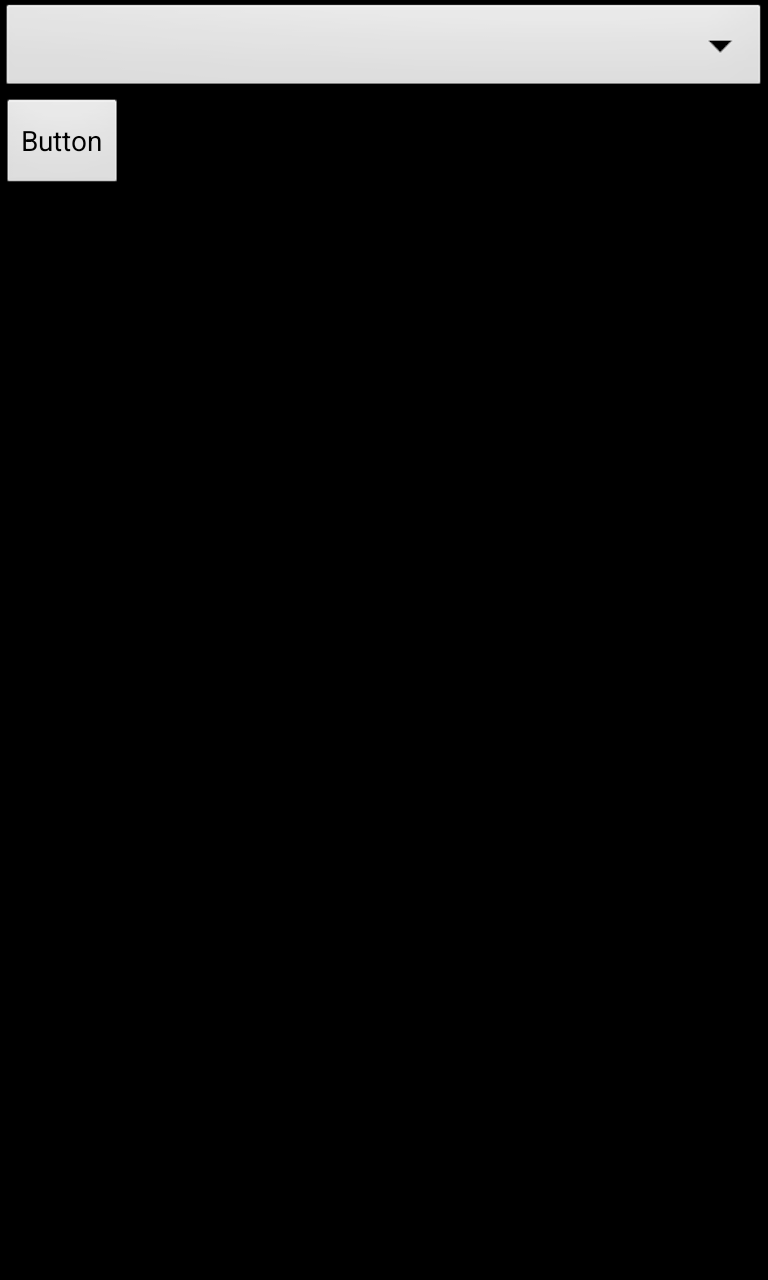
Repository: nuces-acm/DevFest-12-Team-9
Layout: data/Eclipse Workspace of android/Devfest/DCSClientApp/res/layout/submitatest.xml
The author's editor kept a copy of each file at every save. The layout is drawn from the files as they stood at one save, then again after the next save.
It is drawn on a 768 x 1280 px phone screen (xhdpi) without system bars, with theme android:Theme; the app's code is not run.

Above is the layout before, as saved 2012-03-31 23:31:57.

After the next save:
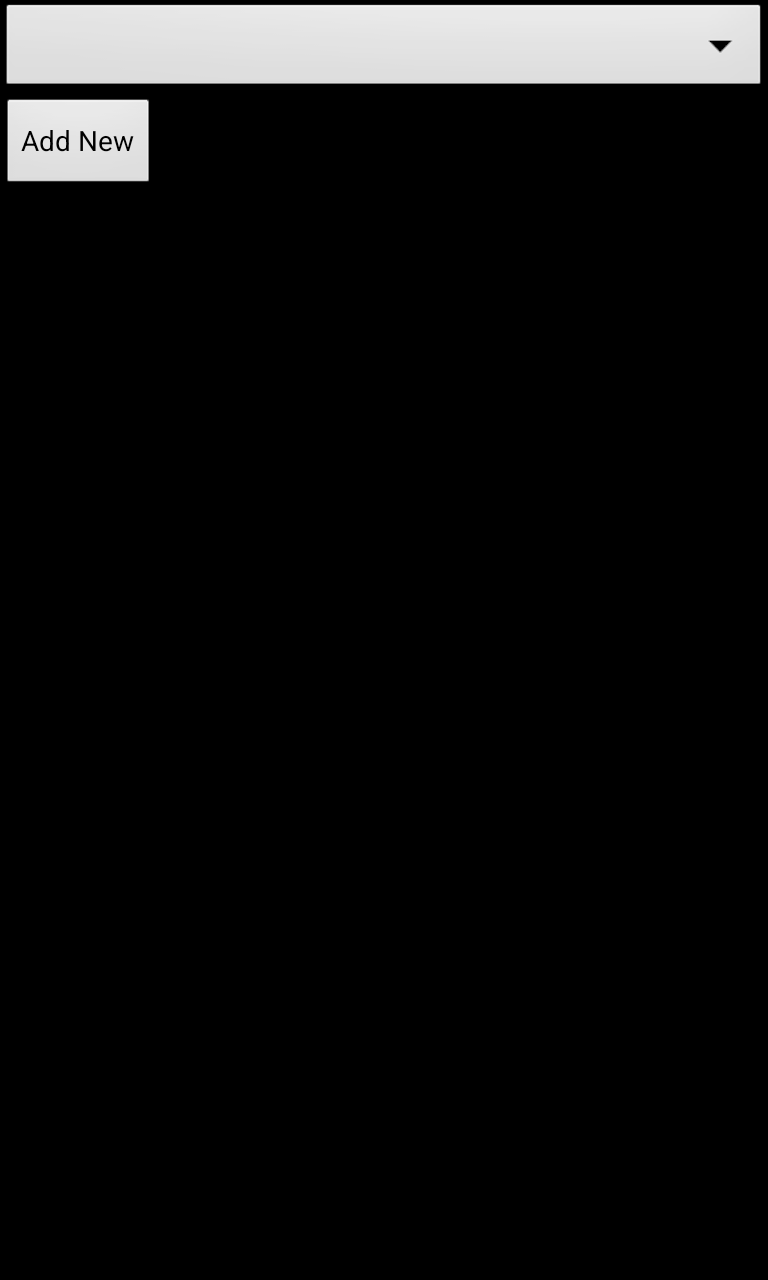
Saved 16 s later.
--- a/data/Eclipse Workspace of android/Devfest/DCSClientApp/res/layout/submitatest.xml
+++ b/data/Eclipse Workspace of android/Devfest/DCSClientApp/res/layout/submitatest.xml
@@ -11,9 +11,9 @@
         android:layout_height="wrap_content" />
 
     <Button
-        android:id="@+id/submitButton"
+        android:id="@+id/addButton"
         android:layout_width="wrap_content"
         android:layout_height="wrap_content"
-        android:text="Button" />
+        android:text="Add New" />
 
 </LinearLayout>
